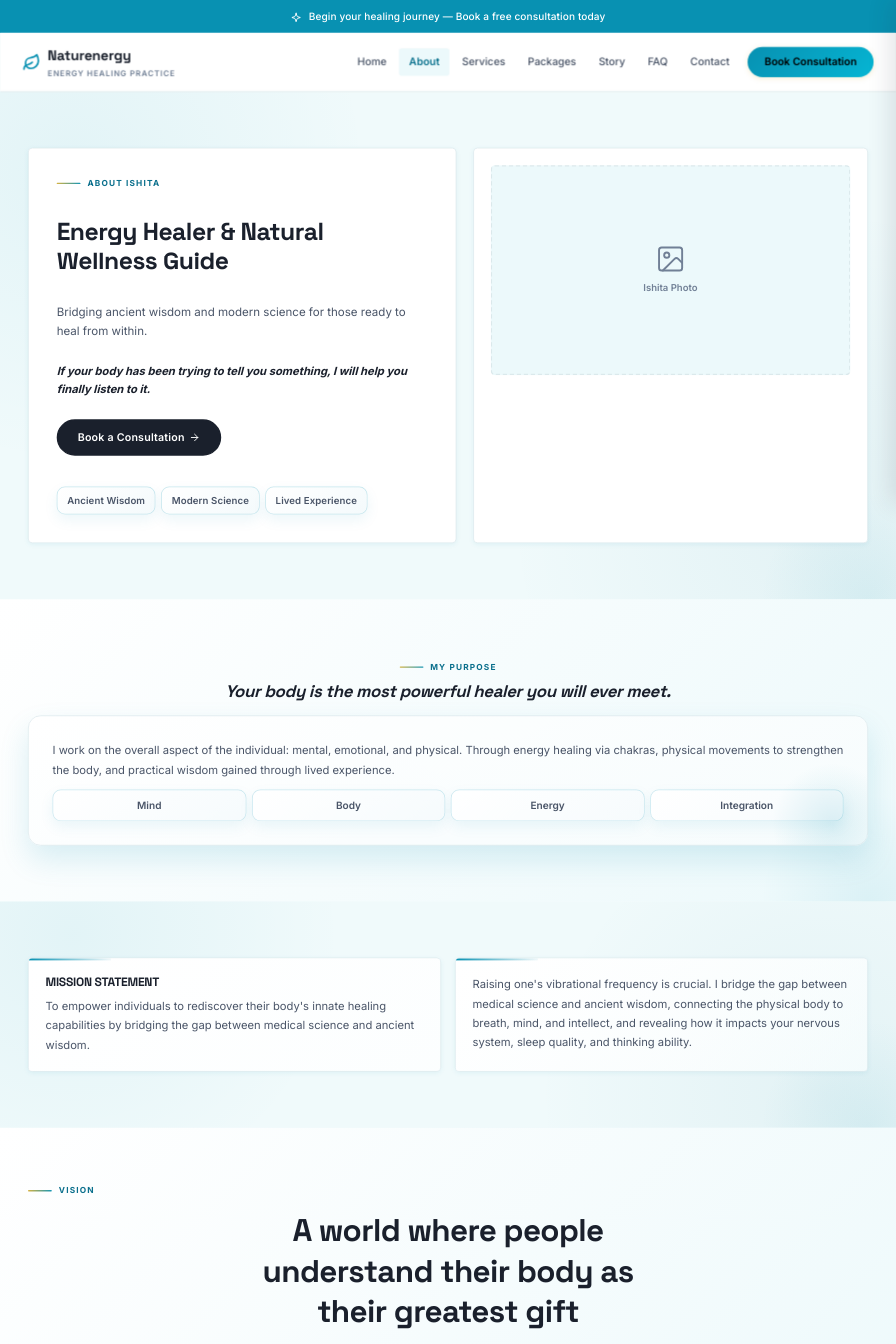
Repository: Ethxmnhz/nt_landing
Page: /about
These files come from the project's save history. The page is drawn as it stood at one moment and after the next save; the edit follows.
The browser window is 1280 px wide. The pictures show the part of the page from y = 0 to 1920 px (the page is 3706 px tall before and 3713 px after), at 70% of full size.
The project was rebuilt for these pictures with package versions that can differ from the ones it lists, and the page was loaded fresh each time. Also part of the build but not shown: vite.config.ts, src/pages/BookPage.tsx, src/pages/ContactPage.tsx, src/components/ui/FaqAccordion.tsx, src/pages/FaqPage.tsx, src/components/Hero/Hero.tsx, src/components/hooks/useAutoScroll.ts, src/pages/HomePage.tsx and 2 more.

Above is the page before, as saved 2026-04-07 22:12:18.

### index.html
<!doctype html>
<html lang="en">
  <head>
    <meta charset="UTF-8" />
    <link rel="icon" type="image/svg+xml" href="/favicon.svg" />
    <meta name="viewport" content="width=device-width, initial-scale=1.0" />
    <meta name="description" content="Naturenergy — Reset and protect your energetic system naturally. Bridging medical science and ancient wisdom for holistic healing across mental, emotional, and physical dimensions." />
    <meta property="og:title" content="Naturenergy | Energy Healing & Recovery Support" />
    <meta property="og:description" content="Holistic healing sessions combining chakra energy healing, physical movement, and emotional support for people navigating recovery and life challenges." />
    <meta property="og:type" content="website" />
    <meta property="og:url" content="https://naturenergy.sg" />
    <link rel="preconnect" href="https://fonts.googleapis.com" />
    <link rel="preconnect" href="https://fonts.gstatic.com" crossorigin />
    <title>Naturenergy | Energy Healing & Recovery Support</title>
  </head>
  <body>
    <div id="app"></div>
    <script type="module" src="/src/main.tsx"></script>
  </body>
</html>

### src/main.tsx
import React from 'react'
import ReactDOM from 'react-dom/client'
import { BrowserRouter } from 'react-router-dom'
import App from './App'
import './style.css'

ReactDOM.createRoot(document.getElementById('app')!).render(
  <React.StrictMode>
    <BrowserRouter>
      <App />
    </BrowserRouter>
  </React.StrictMode>,
)

### src/App.tsx
import { useEffect } from 'react'
import { Navigate, Route, Routes, useLocation } from 'react-router-dom'
import { SiteFooter } from './components/layout/SiteFooter'
import { SiteHeader } from './components/layout/SiteHeader'
import { AboutPage } from './pages/AboutPage'
import { BookPage } from './pages/BookPage'
import { ContactPage } from './pages/ContactPage'
import { FaqPage } from './pages/FaqPage'
import { HomePage } from './pages/HomePage'
import { PackagesPage } from './pages/PackagesPage'
import { ServicesPage } from './pages/ServicesPage'
import { StoryPage } from './pages/StoryPage'

function ScrollToTop() {
  const { pathname } = useLocation()
  useEffect(() => {
    window.scrollTo(0, 0)
  }, [pathname])
  return null
}

function App() {
  return (
    <div className="site-root">
      <ScrollToTop />
      <SiteHeader />
      <main>
        <Routes>
          <Route path="/" element={<Navigate to="/home" replace />} />
          <Route path="/home" element={<HomePage />} />
          <Route path="/about" element={<AboutPage />} />
          <Route path="/services" element={<ServicesPage />} />
          <Route path="/packages" element={<PackagesPage />} />
          <Route path="/programs" element={<Navigate to="/packages" replace />} />
          <Route path="/story" element={<StoryPage />} />
          <Route path="/faq" element={<FaqPage />} />
          <Route path="/contact" element={<ContactPage />} />
          <Route path="/book" element={<BookPage />} />
          <Route path="*" element={<Navigate to="/home" replace />} />
        </Routes>
      </main>
      <SiteFooter />
    </div>
  )
}

export default App

### src/components/layout/SiteFooter.tsx
import { Link } from 'react-router-dom'
import { Leaf, ArrowRight } from 'lucide-react'
import { navItems, site } from '../../data/siteData'

export function SiteFooter() {
  return (
    <footer className="site-footer">
      <div className="footer-main">
        <div className="section-shell">
          <div className="footer-grid">
            <div className="footer-brand">
              <Link to="/home" className="footer-logo">
                <Leaf size={22} strokeWidth={2.2} />
                <span className="brand-name">{site.name}</span>
              </Link>
              <p className="footer-brand-desc">
                Reset and protect your energetic system naturally. Bridging medical science and
                ancient wisdom for better recovery.
              </p>
            </div>

            <div className="footer-links-col">
              <h4>Navigate</h4>
              <ul>
                {navItems
                  .filter((n) => !n.highlight)
                  .map((item) => (
                    <li key={item.to}>
                      <Link to={item.to}>{item.label}</Link>
                    </li>
                  ))}
              </ul>
            </div>

            <div className="footer-links-col">
              <h4>Get In Touch</h4>
              <ul>
                <li>
                  <a href={`mailto:${site.email}`}>{site.email}</a>
                </li>
                <li>
                  <a href={site.whatsappUrl}>WhatsApp Direct</a>
                </li>
              </ul>
            </div>

            <div className="footer-links-col">
              <h4>Newsletter</h4>
              <p className="footer-newsletter-text">
                Stay connected with healing insights and updates.
              </p>
              <form className="footer-newsletter" onSubmit={(e) => e.preventDefault()}>
                <input type="email" placeholder="Your email" aria-label="Email for newsletter" />
                <button type="submit" aria-label="Subscribe">
                  <ArrowRight size={18} />
                </button>
              </form>
            </div>
          </div>
        </div>
      </div>

      <div className="footer-bottom">
        <div className="section-shell">
          <p>© {new Date().getFullYear()} {site.name}. All rights reserved.</p>
        </div>
      </div>
    </footer>
  )
}

### src/components/layout/SiteHeader.tsx
import { useState } from 'react'
import { NavLink } from 'react-router-dom'
import { Leaf, Menu } from 'lucide-react'
import { navItems, site } from '../../data/siteData'
import { MobileNav } from './MobileNav'

export function SiteHeader() {
  const [mobileOpen, setMobileOpen] = useState(false)

  return (
    <header className="site-header">
      <div className="announcement-bar">
        <Sparkle /> Begin your healing journey — Book a free consultation today
      </div>
      <div className="header-main">
        <NavLink className="brand" to="/home" aria-label="Naturenergy Home">
          <Leaf className="brand-icon-svg" size={26} strokeWidth={2.2} />
          <span className="brand-text">
            <span className="brand-name">{site.name}</span>
            <span className="brand-sub">Energy Healing Practice</span>
          </span>
        </NavLink>

        <nav className="site-nav">
          {navItems.map((item) =>
            item.highlight ? (
              <NavLink
                key={item.to}
                to={item.to}
                className="nav-cta-btn"
              >
                {item.label}
              </NavLink>
            ) : (
              <NavLink
                key={item.to}
                to={item.to}
                className={({ isActive }) =>
                  isActive ? 'site-nav-link active' : 'site-nav-link'
                }
              >
                {item.label}
              </NavLink>
            )
          )}
        </nav>

        <button
          className="hamburger"
          onClick={() => setMobileOpen(true)}
          aria-label="Open menu"
          type="button"
        >
          <Menu size={26} />
        </button>
      </div>

      <MobileNav open={mobileOpen} onClose={() => setMobileOpen(false)} />
    </header>
  )
}

function Sparkle() {
  return (
    <svg width="16" height="16" viewBox="0 0 24 24" fill="none" stroke="currentColor" strokeWidth="2" strokeLinecap="round" strokeLinejoin="round" style={{ display: 'inline', verticalAlign: 'middle', marginRight: 6 }}>
      <path d="M12 3l1.912 5.813a2 2 0 001.275 1.275L21 12l-5.813 1.912a2 2 0 00-1.275 1.275L12 21l-1.912-5.813a2 2 0 00-1.275-1.275L3 12l5.813-1.912a2 2 0 001.275-1.275L12 3z" />
    </svg>
  )
}

### src/pages/AboutPage.tsx
import {
  ArrowRight,
  Image,
  Lightbulb,
  ShieldCheck,
  Sparkles,
  Target,
} from 'lucide-react'
import { AnimatedSection } from '../components/ui/AnimatedSection'
import { ButtonLink } from '../components/ui/ButtonLink'

export function AboutPage() {
  return (
    <>
      <section className="section-light">
        <div className="section-shell">
          <div className="doc-about-intro">
            <AnimatedSection delay={0}>
              <article className="doc-about-card">
                <p className="section-tag">About Ishita</p>
                <h1>Energy Healer &amp; Natural Wellness Guide</h1>
                <p className="section-copy">
                  Bridging ancient wisdom and modern science for those ready to heal from within.
                </p>
                <p className="doc-story-quote">
                  If your body has been trying to tell you something, I will help you finally
                  listen to it.
                </p>
                <ButtonLink to="/book" variant="dark">
                  Book a Consultation <ArrowRight size={16} style={{ marginLeft: 6 }} />
                </ButtonLink>
                <div className="doc-about-highlights">
                  <span>Ancient Wisdom</span>
                  <span>Modern Science</span>
                  <span>Lived Experience</span>
                </div>
              </article>
            </AnimatedSection>
            <AnimatedSection delay={100}>
              <article className="doc-photo-frame">
                <div className="about-visual-placeholder">
                  <Image size={44} strokeWidth={1.5} />
                  <p>Ishita Photo</p>
                </div>
              </article>
            </AnimatedSection>
          </div>
        </div>
      </section>

      <section className="section-warm">
        <div className="section-shell">
          <AnimatedSection>
            <div className="doc-purpose-head">
              <p className="section-tag">My Purpose</p>
              <h2>Your body is the most powerful healer you will ever meet.</h2>
            </div>
          </AnimatedSection>
          <AnimatedSection delay={100}>
            <div className="doc-story-card">
              <p>
                I work on the overall aspect of the individual: mental, emotional, and physical.
                Through energy healing via chakras, physical movements to strengthen the body, and
                practical wisdom gained through lived experience.
              </p>
              <div className="doc-purpose-pillars">
                <span>Mind</span>
                <span>Body</span>
                <span>Energy</span>
                <span>Integration</span>
              </div>
            </div>
          </AnimatedSection>
        </div>
      </section>

      <section className="section-light">
        <div className="section-shell">
          <div className="doc-mission-grid">
            <AnimatedSection delay={0}>
              <article className="doc-mission-card">
                <h3>Mission Statement</h3>
                <p>
                  To empower individuals to rediscover their body's innate healing capabilities by
                  bridging the gap between medical science and ancient wisdom.
                </p>
              </article>
            </AnimatedSection>
            <AnimatedSection delay={100}>
              <article className="doc-mission-card doc-mission-card-alt">
                <p>
                  Raising one's vibrational frequency is crucial. I bridge the gap between medical
                  science and ancient wisdom, connecting the physical body to breath, mind, and
                  intellect, and revealing how it impacts your nervous system, sleep quality, and
                  thinking ability.
                </p>
              </article>
            </AnimatedSection>
          </div>
        </div>
      </section>

      <section className="section-warm">
        <div className="section-shell">
          <AnimatedSection>
            <div className="section-intro centered">
              <p className="section-tag">Vision</p>
              <h2>A world where people understand their body as their greatest gift</h2>
            </div>
          </AnimatedSection>
          <AnimatedSection delay={100}>
            <div className="doc-story-card">
              <p>
                A world where people understand their body as the most powerful gift they have and
                live consciously, heal naturally, and never give up through adversity.
              </p>
              <p>
                A world where understanding the profound connection between breath, mind, body, and
                intellect becomes a practical daily tool for healing.
              </p>
            </div>
          </AnimatedSection>
        </div>
      </section>

      <section className="section-light">
        <div className="section-shell">
          <AnimatedSection>
            <div className="section-intro centered">
              <p className="section-tag">Pillars I Stand On</p>
              <h2>Values that shape every session</h2>
            </div>
          </AnimatedSection>
          <div className="pillars-circular">
            <AnimatedSection delay={0}>
              <article className="pillar-circle">
                <div className="pillar-circle-number">1</div>
                <h3 className="pillar-circle-label">Clarity</h3>
                <p>
                  Seeing through the noise of gossip, power, and superficial rituals to find the
                  true essence of spirituality and healing.
                </p>
              </article>
            </AnimatedSection>
            <AnimatedSection delay={90}>
              <article className="pillar-circle">
                <div className="pillar-circle-number">2</div>
                <h3 className="pillar-circle-label">Conviction</h3>
                <p>
                  I healed naturally after a car accident, refusing metal implants and trusting the
                  practices I learned. If I can do it, anyone can.
                </p>
              </article>
            </AnimatedSection>
            <AnimatedSection delay={180}>
              <article className="pillar-circle">
                <div className="pillar-circle-number">3</div>
                <h3 className="pillar-circle-label">Commitment</h3>
                <p>
                  I embody discipline and follow through on every commitment. No half-measures, no
                  shortcuts.
                </p>
              </article>
            </AnimatedSection>
            <AnimatedSection delay={270}>
              <article className="pillar-circle">
                <div className="pillar-circle-number">4</div>
                <h3 className="pillar-circle-label">Compounded Effect</h3>
                <p>
                  Building a conscious community that lives consciously, understanding that small
                  daily practices create extraordinary transformation.
                </p>
              </article>
            </AnimatedSection>
          </div>
        </div>
      </section>
    </>
  )
}

### src/components/layout/MobileNav.tsx
import { NavLink } from 'react-router-dom'
import { X } from 'lucide-react'
import { navItems, site } from '../../data/siteData'

type MobileNavProps = {
  open: boolean
  onClose: () => void
}

export function MobileNav({ open, onClose }: MobileNavProps) {
  return (
    <>
      <div className={`mobile-overlay ${open ? 'mobile-overlay-active' : ''}`} onClick={onClose} />
      <nav className={`mobile-drawer ${open ? 'mobile-drawer-open' : ''}`}>
        <div className="mobile-drawer-header">
          <span className="brand-name">{site.name}</span>
          <button className="mobile-close" onClick={onClose} aria-label="Close menu" type="button">
            <X size={22} />
          </button>
        </div>
        <div className="mobile-links">
          {navItems.map((item) => (
            <NavLink
              key={item.to}
              to={item.to}
              className={({ isActive }) =>
                `mobile-link ${isActive ? 'mobile-link-active' : ''} ${item.highlight ? 'mobile-link-cta' : ''}`
              }
              onClick={onClose}
            >
              {item.label}
            </NavLink>
          ))}
        </div>
        <div className="mobile-drawer-footer">
          <p>{site.email}</p>
        </div>
      </nav>
    </>
  )
}

### src/components/ui/AnimatedSection.tsx
import { useEffect, useRef, useState, type ReactNode } from 'react'

type AnimatedSectionProps = {
  children: ReactNode
  className?: string
  delay?: number
}

export function AnimatedSection({ children, className = '', delay = 0 }: AnimatedSectionProps) {
  const ref = useRef<HTMLDivElement>(null)
  const [visible, setVisible] = useState(false)

  useEffect(() => {
    const el = ref.current
    if (!el) return

    const observer = new IntersectionObserver(
      ([entry]) => {
        if (entry.isIntersecting) {
          setTimeout(() => setVisible(true), delay)
          observer.unobserve(el)
        }
      },
      { threshold: 0.15 }
    )

    observer.observe(el)
    return () => observer.disconnect()
  }, [delay])

  return (
    <div
      ref={ref}
      className={`anim-section ${visible ? 'anim-visible' : ''} ${className}`}
      style={{ transitionDelay: `${delay}ms` }}
    >
      {children}
    </div>
  )
}

### src/components/ui/ButtonLink.tsx
import type { ReactNode } from 'react'
import { Link } from 'react-router-dom'

type ButtonLinkProps = {
  to?: string
  href?: string
  children: ReactNode
  variant?: 'primary' | 'outline' | 'dark' | 'secondary'
  className?: string
}

export function ButtonLink({ to, href, children, variant = 'primary', className = '' }: ButtonLinkProps) {
  const btnClass = `btn btn-${variant} ${className}`.trim()

  if (to) {
    return (
      <Link className={btnClass} to={to}>
        {children}
      </Link>
    )
  }

  return (
    <a className={btnClass} href={href}>
      {children}
    </a>
  )
}

Loaded but not shown: src/style.css (4230 lines, source omitted); src/data/siteData.ts (188 lines, source omitted); src/pages/ServicesPage.tsx (118 lines, source omitted)

After the next save:
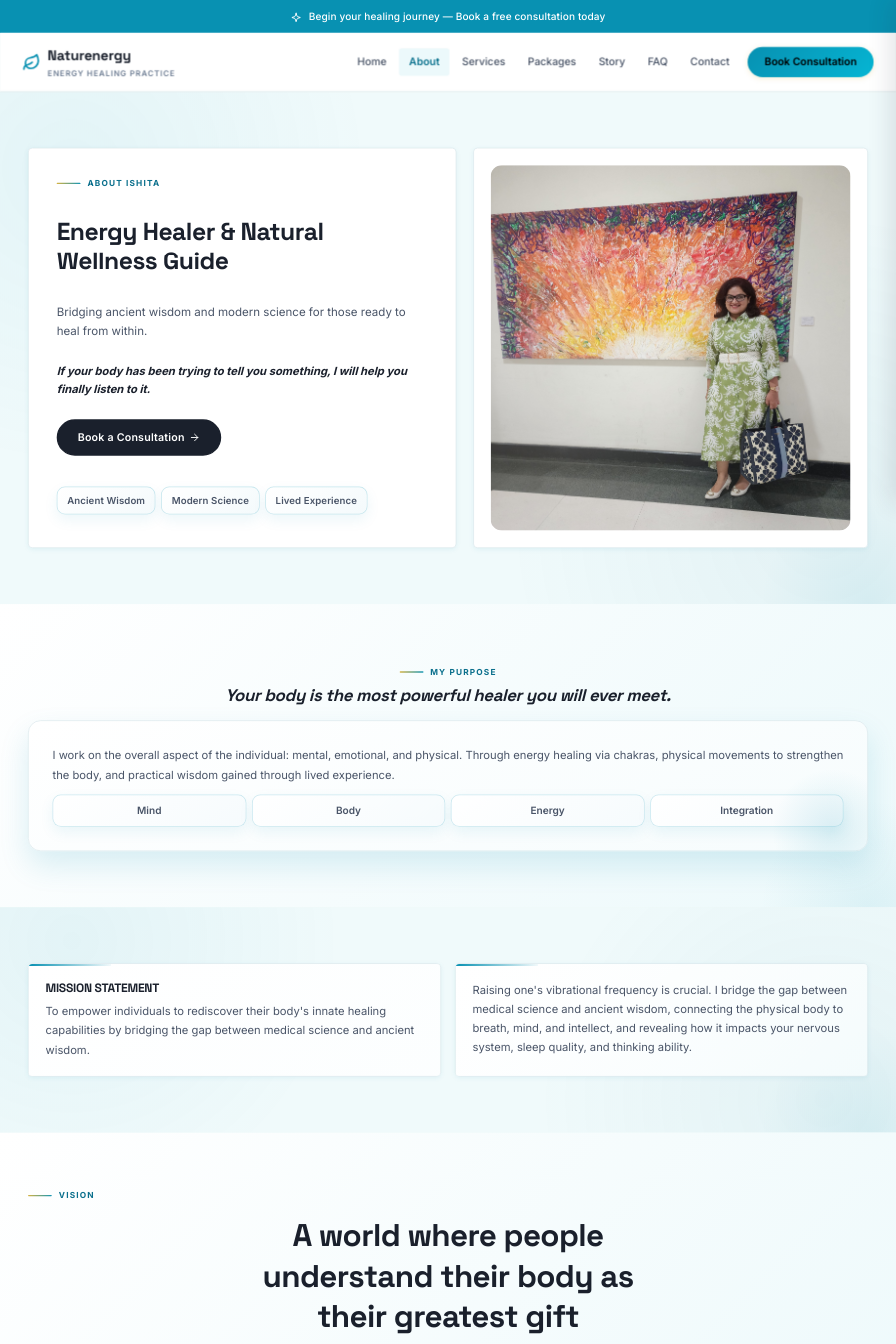
Saved 6 s later.
--- a/src/pages/AboutPage.tsx
+++ b/src/pages/AboutPage.tsx
@@ -1,11 +1,4 @@
-import {
-  ArrowRight,
-  Image,
-  Lightbulb,
-  ShieldCheck,
-  Sparkles,
-  Target,
-} from 'lucide-react'
+import { ArrowRight } from 'lucide-react'
 import { AnimatedSection } from '../components/ui/AnimatedSection'
 import { ButtonLink } from '../components/ui/ButtonLink'
 
@@ -38,10 +31,11 @@ export function AboutPage() {
             </AnimatedSection>
             <AnimatedSection delay={100}>
               <article className="doc-photo-frame">
-                <div className="about-visual-placeholder">
-                  <Image size={44} strokeWidth={1.5} />
-                  <p>Ishita Photo</p>
-                </div>
+                <img
+                  src="/assets/ISHITHA%20PHOTO.jpg"
+                  alt="Ishita"
+                  style={{ width: '100%', height: '100%', objectFit: 'cover', borderRadius: '16px', minHeight: '400px' }}
+                />
               </article>
             </AnimatedSection>
           </div>
